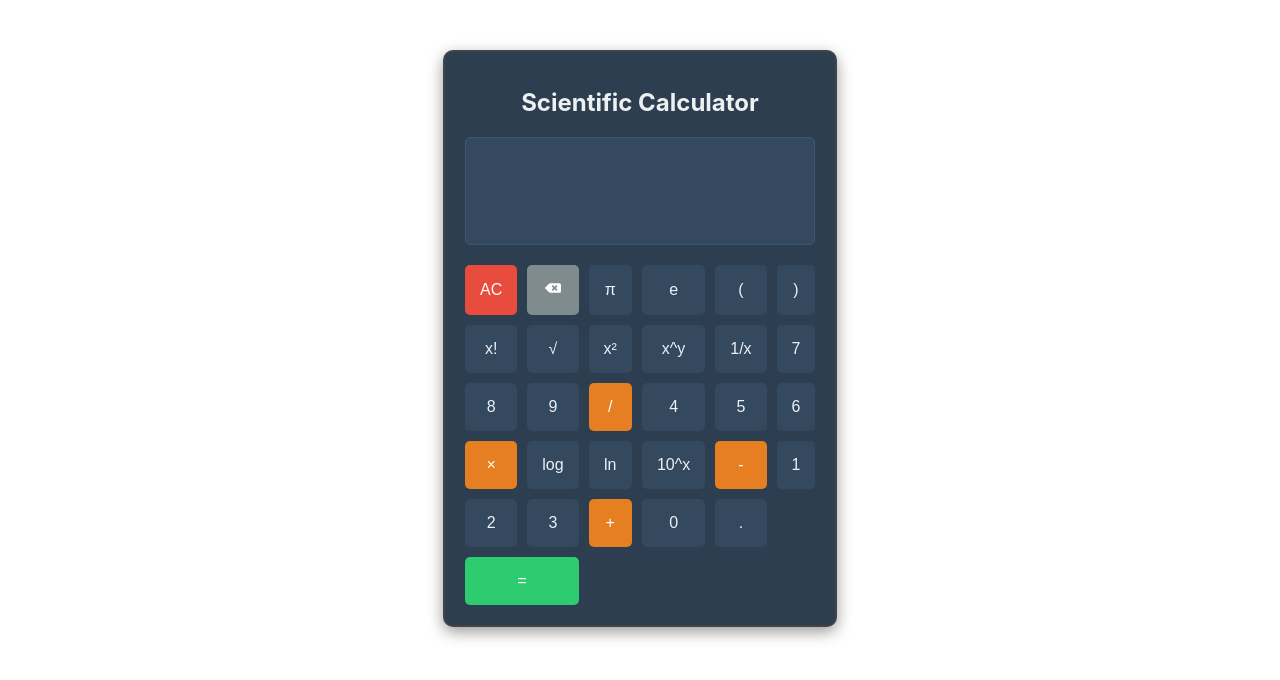
Repository: thesaherriaz/Calculator-React
Page: /
These files come from the project's save history. The page is drawn as it stood at one moment and after the next save; the edit follows.
The browser window is 1280 px wide. The pictures show the whole page.
The project was rebuilt for these pictures with package versions that can differ from the ones it lists, and the page was loaded fresh each time.

Above is the page before, as saved 2025-06-20 12:41:42.

### public/index.html
<!DOCTYPE html>
<html lang="en">
  <head>
    <meta charset="utf-8" />
    <link rel="icon" href="%PUBLIC_URL%/favicon.ico" />
    <meta name="viewport" content="width=device-width, initial-scale=1" />
    <meta name="theme-color" content="#000000" />
    <meta
      name="description"
      content="Web site created using create-react-app"
    />
    <link rel="apple-touch-icon" href="%PUBLIC_URL%/logo192.png" />
    <link rel="stylesheet" href="https://cdnjs.cloudflare.com/ajax/libs/font-awesome/6.0.0/css/all.min.css">
    <!--
      manifest.json provides metadata used when your web app is installed on a
      user's mobile device or desktop. See https://developers.google.com/web/fundamentals/web-app-manifest/
    -->
    <link rel="manifest" href="%PUBLIC_URL%/manifest.json" />
    <!--
      Notice the use of %PUBLIC_URL% in the tags above.
      It will be replaced with the URL of the `public` folder during the build.
      Only files inside the `public` folder can be referenced from the HTML.

      Unlike "/favicon.ico" or "favicon.ico", "%PUBLIC_URL%/favicon.ico" will
      work correctly both with client-side routing and a non-root public URL.
      Learn how to configure a non-root public URL by running `npm run build`.
    -->
    <title>React App</title>
  </head>
  <body>
    <noscript>You need to enable JavaScript to run this app.</noscript>
    <div id="root"></div>
    <!--
      This HTML file is a template.
      If you open it directly in the browser, you will see an empty page.

      You can add webfonts, meta tags, or analytics to this file.
      The build step will place the bundled scripts into the <body> tag.

      To begin the development, run `npm start` or `yarn start`.
      To create a production bundle, use `npm run build` or `yarn build`.
    -->
  </body>
</html>

### src/App.js
import React from 'react'
import Calculator from './compnents/Calculator'

function App() {
  return (
    <Calculator />
  )
}

export default App

### src/compnents/Calculator.jsx
import React, { useState } from 'react';
import './Calculator.css';
import { FaBackspace } from "react-icons/fa";

function Calculator() {
    const [input, setInput] = useState('');
    const [result, setResult] = useState('');

    const handleClick = (value) => {
        if (value === 'AC') {
            setInput('');
            setResult('');
        } else if (value === 'DEL') {
            setInput(prev => prev.slice(0, -1));
        } else if (value === '=') {
            calculateResult();
        } else if (value === '√') {
            setInput(prev => `Math.sqrt(${prev})`);
        } else if (value === 'x²') {
            setInput(prev => `Math.pow(${prev},2)`);
        } else if (value === 'x^y') {
            setInput(prev => `${prev}^`);
        } else if (value === '1/x') {
            setInput(prev => `1/(${prev})`);
        } else if (value === 'log') {
            setInput(prev => `Math.log10(${prev})`);
        } else if (value === 'ln') {
            setInput(prev => `Math.log(${prev})`);
        } else if (value === 'π') {
            setInput(prev => prev + 'Math.PI');
        } else if (value === 'e') {
            setInput(prev => prev + 'Math.E');
        } else if (value === '10^x') {
            setInput(prev => `Math.pow(10,${prev})`);
        } else if (value === 'x!') {
            setInput(prev => `factorial(${prev})`);
        } else {
            setInput(prev => prev + value);
        }
    };

    const factorial = (n) => {
        if (n < 0) return NaN;
        if (n <= 1) return 1;
        return n * factorial(n - 1);
    };

    const calculateResult = () => {
        try {
            // Replace ^ with ** for exponentiation
            let expression = input.replace(/\^/g, '**');
            // Evaluate the expression
            setResult(eval(expression).toString());
        } catch (error) {
            setResult('Error');
        }
    };

    return (
        <div className="calculator">
            <h1>Scientific Calculator</h1>
            <div className="display">
                <div className="input">{input}</div>
                <div className="result">{result}</div>
            </div>
            <div className="buttons">
                <button onClick={() => handleClick('AC')} className="clear">AC</button>
                <button onClick={() => handleClick('DEL')} className="delete"><FaBackspace /></button>
                <button onClick={() => handleClick('π')}>π</button>
                <button onClick={() => handleClick('e')}>e</button>
                <button onClick={() => handleClick('(')}>(</button>
                <button onClick={() => handleClick(')')}>)</button>

                <button onClick={() => handleClick('x!')}>x!</button>
                <button onClick={() => handleClick('√')}>√</button>
                <button onClick={() => handleClick('x²')}>x²</button>
                <button onClick={() => handleClick('x^y')}>x^y</button>
                <button onClick={() => handleClick('1/x')}>1/x</button>

                <button onClick={() => handleClick('7')}>7</button>
                <button onClick={() => handleClick('8')}>8</button>
                <button onClick={() => handleClick('9')}>9</button>
                <button className="operator" onClick={() => handleClick('/')}>/</button>

                <button onClick={() => handleClick('4')}>4</button>
                <button onClick={() => handleClick('5')}>5</button>
                <button onClick={() => handleClick('6')}>6</button>
                <button className="operator" onClick={() => handleClick('*')}>×</button>

                <button onClick={() => handleClick('log')}>log</button>
                <button onClick={() => handleClick('ln')}>ln</button>
                <button onClick={() => handleClick('10^x')}>10^x</button>
                <button className="operator" onClick={() => handleClick('-')}>-</button>

                <button onClick={() => handleClick('1')}>1</button>
                <button onClick={() => handleClick('2')}>2</button>
                <button onClick={() => handleClick('3')}>3</button>
                <button className="operator" onClick={() => handleClick('+')}>+</button>

                <button onClick={() => handleClick('0')}>0</button>
                <button onClick={() => handleClick('.')}>.</button>
                <button className="equals" onClick={() => handleClick('=')}>=</button>
            </div>
        </div>
    );
}

export default Calculator;

### src/compnents/Calculator.css
.calculator {
    width: 350px;
    margin: 50px auto;
    border: 2px solid #444;
    border-radius: 10px;
    padding: 20px;
    background-color: #2c3e50;
    box-shadow: 0 5px 15px rgba(0, 0, 0, 0.4);
    color: white;
}

.calculator h1 {
    text-align: center;
    color: #ecf0f1;
    margin-bottom: 20px;
    font-size: 1.5em;
}

.display {
    background-color: #34495e;
    border: 1px solid #3d566e;
    border-radius: 5px;
    padding: 15px;
    margin-bottom: 20px;
    text-align: right;
    min-height: 70px;
}

.input {
    font-size: 1.2em;
    color: #bdc3c7;
    min-height: 1.2em;
    margin-bottom: 10px;
    word-wrap: break-word;
}

.result {
    font-size: 1.8em;
    font-weight: bold;
    color: #ecf0f1;
    min-height: 1.5em;
    word-wrap: break-word;
}

.buttons {
    display: grid;
    grid-template-columns: repeat(6, 1fr);
    grid-gap: 10px;
}

button {
    padding: 15px;
    font-size: 1em;
    border: none;
    border-radius: 5px;
    background-color: #34495e;
    color: #ecf0f7;
    cursor: pointer;
    transition: all 0.2s;
}

button:hover {
    background-color: #3d566e;
}

button:active {
    transform: scale(0.95);
}

.operator {
    background-color: #e67e22;
    color: white;
}

.operator:hover {
    background-color: #d35400;
}

.clear {
    background-color: #e74c3c;
    color: white;
}

.clear:hover {
    background-color: #c0392b;
}

.delete {
    background-color: #7f8c8d;
    color: white;
}

.delete:hover {
    background-color: #95a5a6;
}

.equals {
    background-color: #2ecc71;
    color: white;
    grid-column: span 2;
}

.equals:hover {
    background-color: #27ae60;
}

/* Scientific buttons
button:nth-child(1),
button:nth-child(2),
button:nth-child(3),
button:nth-child(4),
button:nth-child(5),
button:nth-child(6),
button:nth-child(11),
button:nth-child(12),
button:nth-child(13),
button:nth-child(14),
button:nth-child(19),
button:nth-child(20),
button:nth-child(21) {
    background-color: #3498db;
}

button:nth-child(1):hover,
button:nth-child(2):hover,
button:nth-child(3):hover,
button:nth-child(4):hover,
button:nth-child(5):hover,
button:nth-child(6):hover,
button:nth-child(11):hover,
button:nth-child(12):hover,
button:nth-child(13):hover,
button:nth-child(14):hover,
button:nth-child(19):hover,
button:nth-child(20):hover,
button:nth-child(21):hover {
    background-color: #2980b9;
} */

Loaded but not shown: src/index.js (common file); src/index.css (common file); src/reportWebVitals.js (common file)

After the next save:
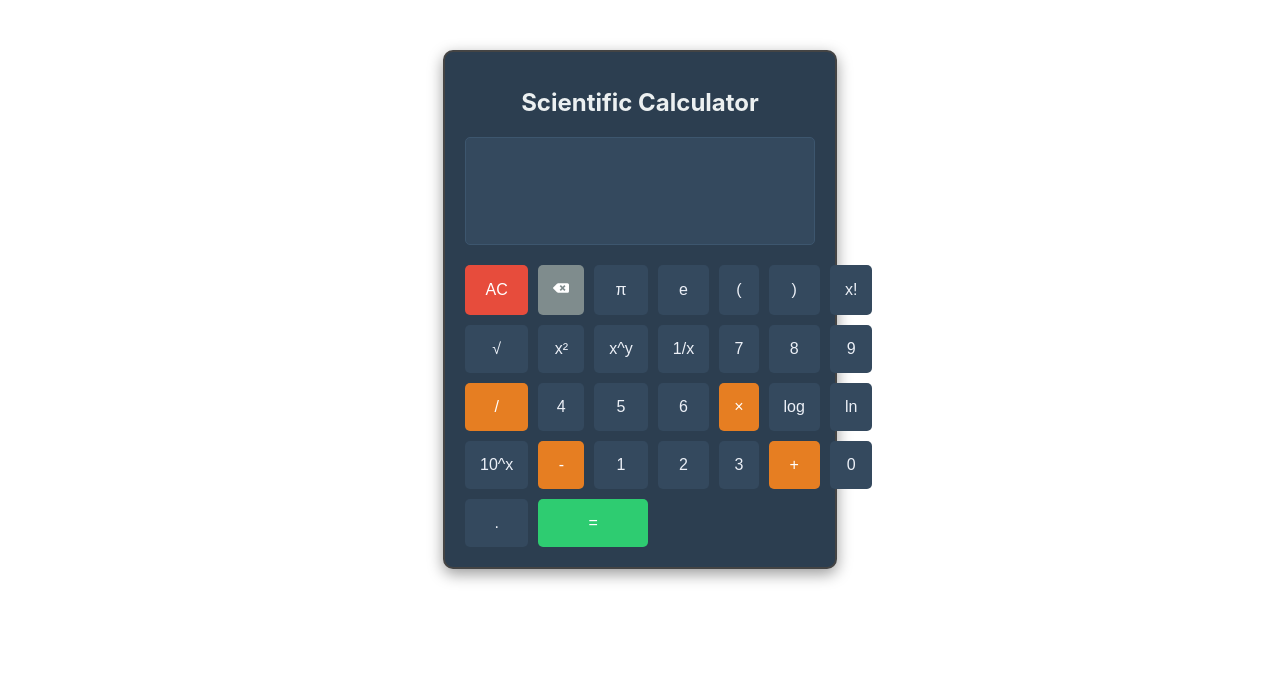
Saved 4 s later.
--- a/src/compnents/Calculator.css
+++ b/src/compnents/Calculator.css
@@ -44,7 +44,7 @@
 
 .buttons {
     display: grid;
-    grid-template-columns: repeat(6, 1fr);
+    grid-template-columns: repeat(7, 1fr);
     grid-gap: 10px;
 }
 
